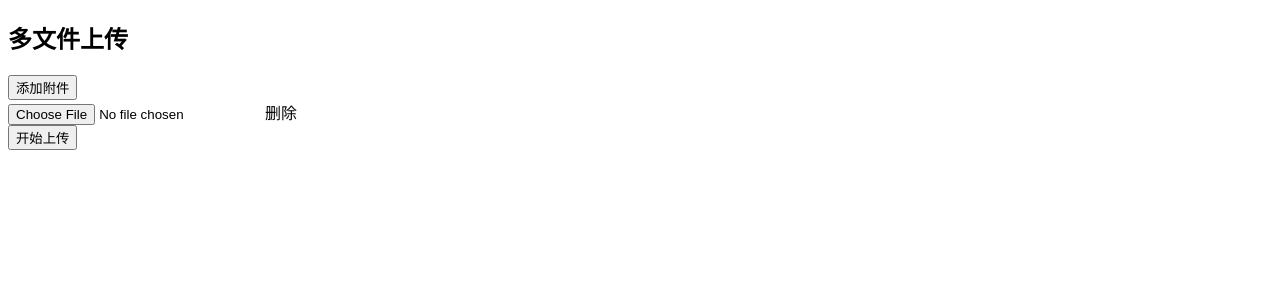
Repository: iamsongpeng/java-web-demo
Page: http://localhost/java-web-demo-upload-01/manyFileUpload.jsp
These files come from the project's save history. The page is drawn as it stood at one moment and after the next save; the edit follows.
The browser window is 1280 px wide. The pictures show the whole page.
The page is served by Tomcat 9.

Above is the page before, as saved 2017-06-12 03:46:11.

After the next save:
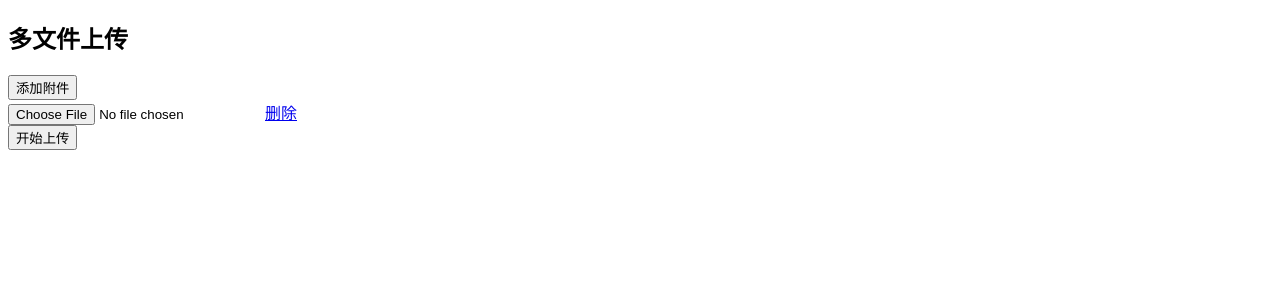
Saved 41 s later.
--- a/java-web-demo-upload-01/WebContent/manyFileUpload.jsp
+++ b/java-web-demo-upload-01/WebContent/manyFileUpload.jsp
@@ -12,7 +12,7 @@
 		<input type="button" value="添加附件" onclick="addItem()">
 		<div id="uploadDiv">
 			<input type="file" name="uploadfile">
-			<a>删除</a>
+			<a href="javascript:void(0)" onclick="delItem()">删除</a>
 		</div>
 		<input type="submit" value="开始上传">
 	</form>
